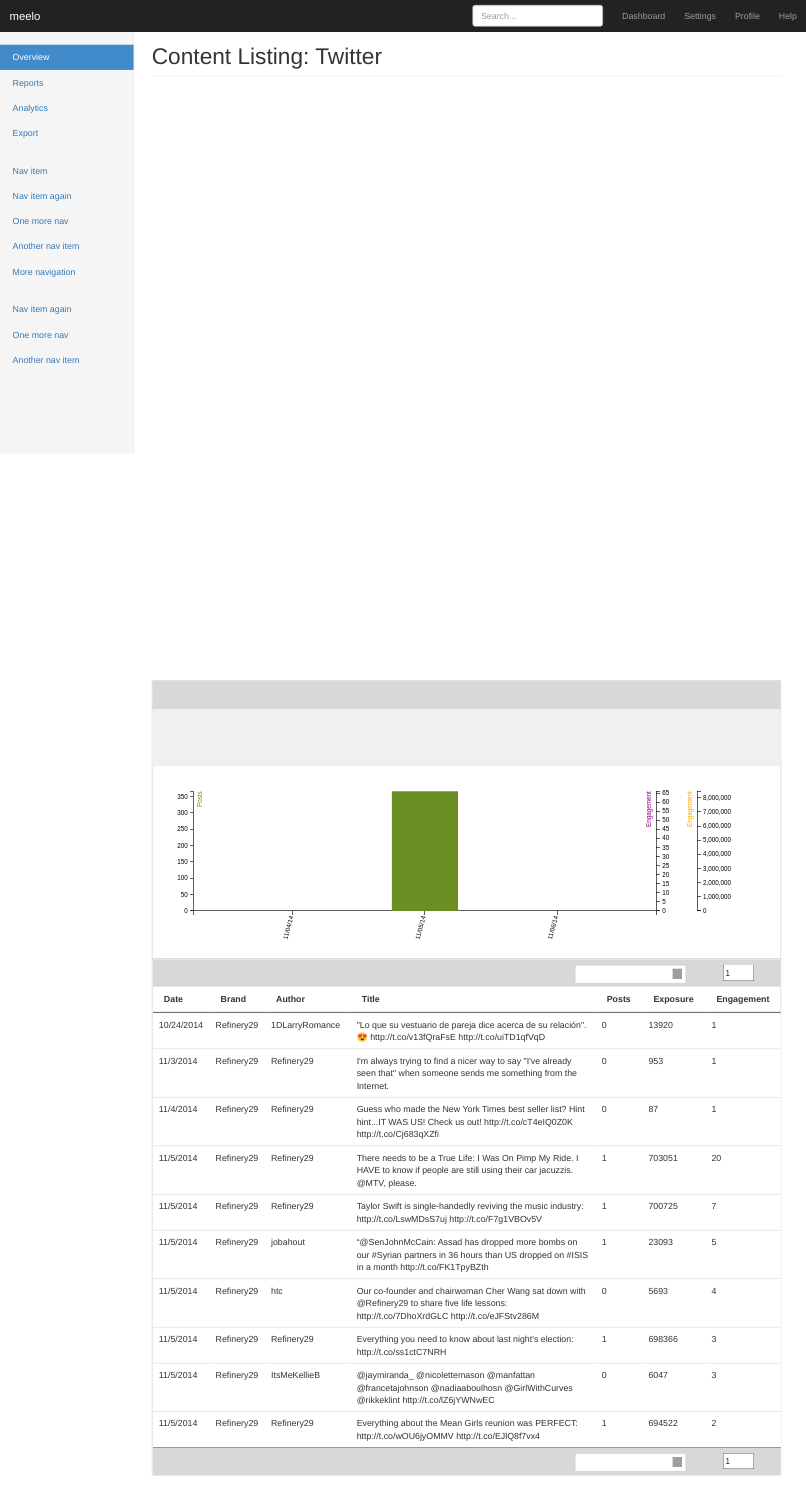
Repository: sadam0930/dashboard-example
Page: mclient/index.html
The author's editor kept a record of every edit. The page is drawn from the files as they stood at one moment, then again after the next edit.
The browser window is 1280 px wide. The pictures show the whole page, at 63% of full size.
Pictures or frames that could not be fetched are drawn as grey boxes.

Above is the page before.

### mclient/index.html
<!doctype html>
<html lang="en" ng-app>
  <head>
    <title>Dashboard Example</title>
    <meta name="viewport" content="width=device-width, initial-scale=1.0">
    <link rel="stylesheet" href="/css/bootstrap.min.css">
    <link rel="stylesheet" href="/css/bootstrap-responsive.min.css">
    <link rel="stylesheet" href="/css/jquery.dataTables.min.css">
    <link rel="stylesheet" href="/css/dataTables.bootstrap.css">
    <link rel="stylesheet" href="/css/jquery.gridster.min.css">
    <!-- Custom styles for this template -->
    <link rel="stylesheet" href="/css/dashboard.css">
  </head>
  <body>

    <nav class="navbar navbar-inverse navbar-fixed-top" role="navigation">
      <div class="container-fluid">
        <div class="navbar-header">
          <button type="button" class="navbar-toggle collapsed" data-toggle="collapse" data-target="#navbar" aria-expanded="false" aria-controls="navbar">
            <span class="sr-only">Toggle navigation</span>
            <span class="icon-bar"></span>
            <span class="icon-bar"></span>
            <span class="icon-bar"></span>
          </button>
          <a class="navbar-brand" href="#">meelo</a>
        </div>
        <div id="navbar" class="navbar-collapse collapse">
          <ul class="nav navbar-nav navbar-right">
            <li><a href="#">Dashboard</a></li>
            <li><a href="#">Settings</a></li>
            <li><a href="#">Profile</a></li>
            <li><a href="#">Help</a></li>
          </ul>
          <form class="navbar-form navbar-right">
            <input type="text" class="form-control" placeholder="Search...">
          </form>
        </div>
      </div>
    </nav>

    <div class="container-fluid">
      <div class="row">
        <div class="col-sm-3 col-md-2 sidebar">
          <ul class="nav nav-sidebar">
            <li class="active"><a href="#">Overview <span class="sr-only">(current)</span></a></li>
            <li><a href="#">Reports</a></li>
            <li><a href="#">Analytics</a></li>
            <li><a href="#">Export</a></li>
          </ul>
          <ul class="nav nav-sidebar">
            <li><a href="">Nav item</a></li>
            <li><a href="">Nav item again</a></li>
            <li><a href="">One more nav</a></li>
            <li><a href="">Another nav item</a></li>
            <li><a href="">More navigation</a></li>
          </ul>
          <ul class="nav nav-sidebar">
            <li><a href="">Nav item again</a></li>
            <li><a href="">One more nav</a></li>
            <li><a href="">Another nav item</a></li>
          </ul>
        </div>

        <div class="col-sm-9 col-sm-offset-3 col-md-10 col-md-offset-2 main">
          <h1 class="page-header">Content Listing: Twitter</h1>
          <div class="wrapper gridster">
            <ul>
               <li data-row="1" data-col="1" data-sizex="1" data-sizey="1">

               </li>
               <li data-row="2" data-col="1" data-sizex="1" data-sizey="1">

               </li>
            </ul>
          </div>

          <div class="widget" id="chart-1">
              <div class="top" style="height:45px"></div>
              <div class="info"></div>
          </div>

          <div class="widget table-responsive" id="table-1">
          </div>
        </div>

      </div>
    </div>

    <script src="/js/jquery.min.js"></script>
    <script src="/js/bootstrap.min.js"></script>
    <!--<script src="/js/angular.min.js"></script>-->
    <script src="/js/docs.min.js"></script>
    <script src="/js/jquery.dataTables.min.js"></script>
    <script src="/js/plugin-input.js"></script>
    <script src="/js/dataTables.bootstrap.js"></script>
    <script src="/js/d3.v3.js"></script>
    <script src="/js/jquery.gridster.min.js"></script>
    <script src="/js/jquery.gridster.with-extras.min.js"></script>
    <script src="/js/meelo-test.js"></script>
  </body>
</html>

### css/dataTables.bootstrap.css
div.dataTables_length label {
	font-weight: normal;
	text-align: left;
	white-space: nowrap;
}

div.dataTables_length select {
	width: 75px;
	display: inline-block;
}

div.dataTables_filter {
	text-align: right;
}

div.dataTables_filter label {
	font-weight: normal;
	white-space: nowrap;
	text-align: left;
}

div.dataTables_filter input {
	margin-left: 0.5em;
	display: inline-block;
}

div.dataTables_info {
	padding-top: 8px;
	white-space: nowrap;
}

div.dataTables_paginate {
	margin: 0;
	white-space: nowrap;
	text-align: right;
}

div.dataTables_paginate ul.pagination {
	margin: 2px 0;
	white-space: nowrap;
}

@media screen and (max-width: 767px) {
	div.dataTables_length,
	div.dataTables_filter,
	div.dataTables_info,
	div.dataTables_paginate {
		text-align: center;
	}
}


table.dataTable td,
table.dataTable th {
	-webkit-box-sizing: content-box;
	-moz-box-sizing: content-box;
	box-sizing: content-box;
}


table.dataTable {
	clear: both;
	margin-top: 6px !important;
	margin-bottom: 6px !important;
	max-width: none !important;
}

table.dataTable thead .sorting,
table.dataTable thead .sorting_asc,
table.dataTable thead .sorting_desc,
table.dataTable thead .sorting_asc_disabled,
table.dataTable thead .sorting_desc_disabled {
	cursor: pointer;
}

table.dataTable thead .sorting { background: url('../images/sort_both.png') no-repeat center right; }
table.dataTable thead .sorting_asc { background: url('../images/sort_asc.png') no-repeat center right; }
table.dataTable thead .sorting_desc { background: url('../images/sort_desc.png') no-repeat center right; }

table.dataTable thead .sorting_asc_disabled { background: url('../images/sort_asc_disabled.png') no-repeat center right; }
table.dataTable thead .sorting_desc_disabled { background: url('../images/sort_desc_disabled.png') no-repeat center right; }

table.dataTable thead > tr > th {
	padding-left: 18px;
	padding-right: 18px;
}

table.dataTable th:active {
	outline: none;
}

/* Scrolling */
div.dataTables_scrollHead table {
	margin-bottom: 0 !important;
	border-bottom-left-radius: 0;
	border-bottom-right-radius: 0;
}

div.dataTables_scrollHead table thead tr:last-child th:first-child,
div.dataTables_scrollHead table thead tr:last-child td:first-child {
	border-bottom-left-radius: 0 !important;
	border-bottom-right-radius: 0 !important;
}

div.dataTables_scrollBody table {
	border-top: none;
	margin-top: 0 !important;
	margin-bottom: 0 !important;
}

div.dataTables_scrollBody tbody tr:first-child th,
div.dataTables_scrollBody tbody tr:first-child td {
	border-top: none;
}

div.dataTables_scrollFoot table {
	margin-top: 0 !important;
	border-top: none;
}

/* Frustratingly the border-collapse:collapse used by Bootstrap makes the column
   width calculations when using scrolling impossible to align columns. We have
   to use separate
 */
table.table-bordered.dataTable {
	border-collapse: separate !important;
}
table.table-bordered thead th,
table.table-bordered thead td {
	border-left-width: 0;
	border-top-width: 0;
}
table.table-bordered tbody th,
table.table-bordered tbody td {
	border-left-width: 0;
	border-bottom-width: 0;
}
table.table-bordered th:last-child,
table.table-bordered td:last-child {
	border-right-width: 0;
}
div.dataTables_scrollHead table.table-bordered {
	border-bottom-width: 0;
}




/*
 * TableTools styles
 */
.table.dataTable tbody tr.active td,
.table.dataTable tbody tr.active th {
	background-color: #08C;
	color: white;
}

.table.dataTable tbody tr.active:hover td,
.table.dataTable tbody tr.active:hover th {
	background-color: #0075b0 !important;
}

.table.dataTable tbody tr.active th > a,
.table.dataTable tbody tr.active td > a {
	color: white;
}

.table-striped.dataTable tbody tr.active:nth-child(odd) td,
.table-striped.dataTable tbody tr.active:nth-child(odd) th {
	background-color: #017ebc;
}

table.DTTT_selectable tbody tr {
	cursor: pointer;
}

div.DTTT .btn {
	color: #333 !important;
	font-size: 12px;
}

div.DTTT .btn:hover {
	text-decoration: none !important;
}

ul.DTTT_dropdown.dropdown-menu {
  z-index: 2003;
}

ul.DTTT_dropdown.dropdown-menu a {
	color: #333 !important; /* needed only when demo_page.css is included */
}

ul.DTTT_dropdown.dropdown-menu li {
	position: relative;
}

ul.DTTT_dropdown.dropdown-menu li:hover a {
	background-color: #0088cc;
	color: white !important;
}

div.DTTT_collection_background {
	z-index: 2002;
}

/* TableTools information display */
div.DTTT_print_info {
	position: fixed;
	top: 50%;
	left: 50%;
	width: 400px;
	height: 150px;
	margin-left: -200px;
	margin-top: -75px;
	text-align: center;
	color: #333;
	padding: 10px 30px;
	opacity: 0.95;

	background-color: white;
	border: 1px solid rgba(0, 0, 0, 0.2);
	border-radius: 6px;

	-webkit-box-shadow: 0 3px 7px rgba(0, 0, 0, 0.5);
	        box-shadow: 0 3px 7px rgba(0, 0, 0, 0.5);
}

div.DTTT_print_info h6 {
	font-weight: normal;
	font-size: 28px;
	line-height: 28px;
	margin: 1em;
}

div.DTTT_print_info p {
	font-size: 14px;
	line-height: 20px;
}

div.dataTables_processing {
    position: absolute;
    top: 50%;
    left: 50%;
    width: 100%;
    height: 60px;
    margin-left: -50%;
    margin-top: -25px;
    padding-top: 20px;
    padding-bottom: 20px;
    text-align: center;
    font-size: 1.2em;
    background-color: white;
    background: -webkit-gradient(linear, left top, right top, color-stop(0%, rgba(255,255,255,0)), color-stop(25%, rgba(255,255,255,0.9)), color-stop(75%, rgba(255,255,255,0.9)), color-stop(100%, rgba(255,255,255,0)));
    background: -webkit-linear-gradient(left, rgba(255,255,255,0) 0%, rgba(255,255,255,0.9) 25%, rgba(255,255,255,0.9) 75%, rgba(255,255,255,0) 100%);
    background: -moz-linear-gradient(left, rgba(255,255,255,0) 0%, rgba(255,255,255,0.9) 25%, rgba(255,255,255,0.9) 75%, rgba(255,255,255,0) 100%);
    background: -ms-linear-gradient(left, rgba(255,255,255,0) 0%, rgba(255,255,255,0.9) 25%, rgba(255,255,255,0.9) 75%, rgba(255,255,255,0) 100%);
    background: -o-linear-gradient(left, rgba(255,255,255,0) 0%, rgba(255,255,255,0.9) 25%, rgba(255,255,255,0.9) 75%, rgba(255,255,255,0) 100%);
    background: linear-gradient(to right, rgba(255,255,255,0) 0%, rgba(255,255,255,0.9) 25%, rgba(255,255,255,0.9) 75%, rgba(255,255,255,0) 100%);
}



/*
 * FixedColumns styles
 */
div.DTFC_LeftHeadWrapper table,
div.DTFC_LeftFootWrapper table,
div.DTFC_RightHeadWrapper table,
div.DTFC_RightFootWrapper table,
table.DTFC_Cloned tr.even {
    background-color: white;
    margin-bottom: 0;
}

div.DTFC_RightHeadWrapper table ,
div.DTFC_LeftHeadWrapper table {
	border-bottom: none !important;
    margin-bottom: 0 !important;
    border-top-right-radius: 0 !important;
    border-bottom-left-radius: 0 !important;
    border-bottom-right-radius: 0 !important;
}

div.DTFC_RightHeadWrapper table thead tr:last-child th:first-child,
div.DTFC_RightHeadWrapper table thead tr:last-child td:first-child,
div.DTFC_LeftHeadWrapper table thead tr:last-child th:first-child,
div.DTFC_LeftHeadWrapper table thead tr:last-child td:first-child {
    border-bottom-left-radius: 0 !important;
    border-bottom-right-radius: 0 !important;
}

div.DTFC_RightBodyWrapper table,
div.DTFC_LeftBodyWrapper table {
    border-top: none;
    margin: 0 !important;
}

div.DTFC_RightBodyWrapper tbody tr:first-child th,
div.DTFC_RightBodyWrapper tbody tr:first-child td,
div.DTFC_LeftBodyWrapper tbody tr:first-child th,
div.DTFC_LeftBodyWrapper tbody tr:first-child td {
    border-top: none;
}

div.DTFC_RightFootWrapper table,
div.DTFC_LeftFootWrapper table {
    border-top: none;
    margin-top: 0 !important;
}


/*
 * FixedHeader styles
 */
div.FixedHeader_Cloned table {
	margin: 0 !important
}

### css/dashboard.css
/*
 * Base structure
 */

/* Move down content because we have a fixed navbar that is 50px tall */
body {
  padding-top: 50px;
}


/*
 * Global add-ons
 */

.sub-header {
  padding-bottom: 10px;
  border-bottom: 1px solid #eee;
}

/*
 * Top navigation
 * Hide default border to remove 1px line.
 */
.navbar-fixed-top {
  border: 0;
}

/*
 * Sidebar
 */

/* Hide for mobile, show later */
.sidebar {
  display: none;
}
@media (min-width: 768px) {
  .sidebar {
    position: fixed;
    top: 51px;
    bottom: 0;
    left: 0;
    z-index: 1000;
    display: block;
    padding: 20px;
    overflow-x: hidden;
    overflow-y: auto; /* Scrollable contents if viewport is shorter than content. */
    background-color: #f5f5f5;
    border-right: 1px solid #eee;
  }
}

/* Sidebar navigation */
.nav-sidebar {
  margin-right: -21px; /* 20px padding + 1px border */
  margin-bottom: 20px;
  margin-left: -20px;
}
.nav-sidebar > li > a {
  padding-right: 20px;
  padding-left: 20px;
}
.nav-sidebar > .active > a,
.nav-sidebar > .active > a:hover,
.nav-sidebar > .active > a:focus {
  color: #fff;
  background-color: #428bca;
}

.sidebar-wrapper.collapsed {
  left: -17%;
  -webkit-transition: all .25s ease-out;
     -moz-transition: all .25s ease-out;
          transition: all .25s ease-out;
}

/*
 * Main content
 */

.main {
  padding: 20px;
}
@media (min-width: 768px) {
  .main {
    padding-right: 40px;
    padding-left: 40px;
  }
}
.main .page-header {
  margin-top: 0;
}


/*
 * Chart content
 */

.axis {
	  font: 10px sans-serif;
}

.axis path,
.axis line {
  fill: none;
  stroke: #000;
  shape-rendering: crispEdges;
}

/*
 * Widget
 */

.widget {
  border: solid;
  border-width: 1px;
  border-color: #D0D0D0 ;
}

.widget .top,
.widget .bottom {
  /*height: 45px;*/
  background-color: #D8D8D8;
}

.widget .info {
  height: 90px;
  background-color: #F0F0F0 ;
}

.gridster > ul {
  list-style-type: none;
}

/*
 * Custom Datatable CSS
 */

.dataTables_wrapper .dataTables_filter {
  padding-top: 0.6em;
  display: inline-block;
}

.dataTables_wrapper .dataTables_paginate {
  display: inline-block;
}

.dataTables_wrapper .dataTables_paginate {
  padding-top: 0;
}

table.dataTable {
  margin-top: 0 !important;
  margin-bottom: 0 !important;
}

.paginate_input {
  margin-top: 0.6em;
  width: 50px;
}

/*!
 * DataTables + Font Awesome integration
 * License: MIT - http://datatables.net/license
 */

/*
 * Sort styling
 */
table.dataTable thead th {
	position: relative;
	/* Remove the DataTables bootstrap integration styling */
	background-image: none !important;
}

table.dataTable thead th.sorting:after,
table.dataTable thead th.sorting_asc:after,
table.dataTable thead th.sorting_desc:after {
	position: absolute;
	top: 12px;
	right: 8px;
	display: block;
	font-family: FontAwesome;
}

table.dataTable thead th.sorting:after {
	content: "\f0dc";
	color: #ddd;
	font-size: 0.8em;
	padding-top: 0.12em;
}
table.dataTable thead th.sorting_asc:after {
	content: "\f106";
}
table.dataTable thead th.sorting_desc:after {
	content: "\f107";
}

div.dataTables_scrollBody table.dataTable thead th.sorting:after,
div.dataTables_scrollBody table.dataTable thead th.sorting_asc:after,
div.dataTables_scrollBody table.dataTable thead th.sorting_desc:after {
	content: "";
}

/*
 * DataTables style pagination controls
 */
div.dataTables_paginate span.paginate_button.previous {
	position: relative;
	padding-left: 24px;
	display: inline;
	padding-bottom: 1em;
}

div.dataTables_paginate span.paginate_button.next {
	position: relative;
	padding-right: 24px;
	display: inline;
	padding-bottom: 1em;
}

div.dataTables_paginate span.previous:before {
	position: absolute;
	top: 8px;
	left: 10px;
	display: block;
	font-family: FontAwesome;
}

div.dataTables_paginate span.next:after {
	position: absolute;
	top: 8px;
	right: 10px;
	display: block;
	font-family: FontAwesome;
}

div.dataTables_paginate span.previous:before {
	content: "\f104";
}

div.dataTables_paginate span.next:after {
	content: "\f105";
}

#g-search-button {
  display: inline-block;
  width: 16px;
  height: 16px;
  position: relative;
  left: -22px;
  top: 3px;
  background: url('/img/search_icon.png');
}



.clearfix:after {
   content: " "; /* Older browser do not support empty content */
   visibility: hidden;
   display: block;
   height: 0;
   clear: both;
}


/* Custom dropdown */
.group1 div.dropdown {
  float: left;
}

### js/meelo-test.js
$(document).ready(function(){
    initGrid();
    $.getJSON( "ajax/twitter.json", function( response ) {
        generateChart(response);
        generateTable(response);
    });
    initCallbacks();
});

/*
TODO:
Add gridster resize = true
Add responsive chart logic
*/

function initCallbacks(){
    $('[data-toggle=offcanvas]').click(function () {
        $('.sidebar-wrapper').toggleClass('collapsed');
    });
}

function initGrid() {
    $(".gridster ul").gridster({
        widget_margins: [10, 10],
        widget_base_dimensions: [950, 450]
    });
    //remove unwanted gridster classes from inner li
    $('.dropdown-menu li').removeClass('gs-w');
    $('.dropdown-menu').css('width', '');
}

function resizeChart() {

}

function generateChart(response) {
    var chartDivId = '#chart-1';

    var day = new Date(response.data.rows[0][0].value);
    var daybefore = new Date(day.getTime());
    var dayafter = new Date(day.getTime());
    daybefore.setDate((day.getDate() - 1));
    dayafter.setDate((day.getDate() + 1));

    var margin = {top: 40, right: 150, bottom: 70, left: 65},
    width = 950 - margin.left - margin.right,
    height = 300 - margin.top - margin.bottom;

    // Parse the date / time
    var	parseDate = d3.time.format("%m/%d/%y").parse;

    var x = d3.scale.ordinal().rangeRoundBands([0, width], .5);
    var y = d3.scale.linear().range([height, 0]);
    var y2 = d3.scale.linear().range([height, 0]);
    var y3 = d3.scale.linear().range([height, 0]);

    var xAxis = d3.svg.axis()
                    .scale(x)
                    .orient("bottom")
                    .tickFormat(d3.time.format("%m/%d/%y"));

    var yAxis = d3.svg.axis()
                    .scale(y)
                    .orient("left")
                    .ticks(10);

    var yAxisRight1 = d3.svg.axis().scale(y2)
                        .orient("right").ticks(15);

    var yAxisRight2 = d3.svg.axis().scale(y3)
                        .orient("right").ticks(10);

    var svg = d3.select(chartDivId).append("svg")
                .attr("width", width + margin.left + margin.right)
                .attr("height", height + margin.top + margin.bottom)
                .append("g")
                    .attr("transform",
                        "translate(" + margin.left + "," + margin.top + ")");


    var data = [{"date":daybefore,"value":0,"eng":0,"exp":0}];
    $.each(response.data.headers, function() {
        if(this.field === "posts" || this.field === "reach" || this.field === "interactions"){
            var tmp = {"date":day};
            if(this.field === "posts"){
                tmp.value = +this.totals;
            } else if(this.field === "reach"){
            tmp.exp = this.totals;
            } else if(this.field === "interactions"){
                tmp.eng = this.totals;
            }
            data.push(tmp);
        }
    });
    data.push({"date":dayafter,"value":0,"eng":0,"exp":0})

    x.domain(data.map(function(d) { return d.date; }));
    y.domain([0, d3.max(data, function(d) { return d.value; })]);
    y2.domain([0, d3.max(data, function(d) { return d.eng; })]);
    y3.domain([0, d3.max(data, function(d) { return d.exp; })]);

    svg.append("g")
      .attr("class", "x axis")
      .attr("transform", "translate(0," + height + ")")
      .call(xAxis)
    .selectAll("text")
      .style("text-anchor", "end")
      .attr("dx", "-.8em")
      .attr("dy", "-.55em")
      .attr("transform", "rotate(-75)" );

    svg.append("g")
      .attr("class", "y axis")
      .call(yAxis)
    .append("text")
      .attr("transform", "rotate(-90)")
      .attr("y", 6)
      .attr("dy", ".71em")
      .style("text-anchor", "end")
      .style("fill", "OliveDrab")
      .text("Posts");

    svg.append("g")
      .attr("class", "y axis")
      .attr("transform", "translate(" + width + " ,0)")
      .call(yAxisRight1)
    .append("text")
      .attr("transform", "rotate(-90)")
      .attr("y", -15)
      .attr("dy", ".71em")
      .style("text-anchor", "end")
      .style("fill", "purple")
      .text("Engagement");;

    svg.append("g")
      .attr("class", "y axis")
      .attr("transform", "translate(" + (width+65) + " ,0)")
      .call(yAxisRight2)
    .append("text")
      .attr("transform", "rotate(-90)")
      .attr("y", -15)
      .attr("dy", ".71em")
      .style("text-anchor", "end")
      .style("fill", "orange")
      .text("Engagement");;


    svg.selectAll("bar")
      .data(data)
    .enter().append("rect")
      .style("fill", "OliveDrab")
      .attr("x", function(d) { return x(d.date); })
      .attr("width", x.rangeBand())
      .attr("y", function(d) { return y(d.value); })
      .attr("height", function(d) { return height - y(d.value); });

}

function generateTable(response) {
    var tableDivId = '#table-1';
    var tableId = 'twitter-table';
    buildTable(response, tableDivId, tableId);
    populateTable(response, tableId);
    $('#'+tableId).dataTable( {
        "dom": '<"top"pf>rt<"bottom"pf><"clear">',
        "pagingType": "input",
        "language": {
            "search": "",
            "paginate": {
                "first": "",
                "previous": "",
                "next": "",
                "last": ""
            }
        }
    });
    $(".first.paginate_button, .last.paginate_button").remove();
    $(".paginate_of, .paginate_page").hide();
    $(".dataTables_filter").append('<span id="g-search-button"></span>');
    $('.top').addClass("clearfix")
    $('.bottom').addClass("clearfix")
}

function buildTable(response, tableDivId, tableId){
    $(tableDivId).append('<table class="table" id="'+ tableId +'"><thead><tr></tr></thead><tbody></tbody></table>');
    var html = '';
    $.each(response.data.headers, function(){
        html = '<th id="' + this.field + '">' + this.label + '</th>';
        $('#' + tableId + ' > thead > tr').append(html);
    });
}

function populateTable(response, tableId){
    var html = '';
    $.each(response.data.rows, function(){
       $('#' + tableId + ' > tbody').append('<tr></tr>');
       $.each(this, function(){
           switch(this.field){
               case 'date' :
                   var date = new Date(this.value);
                   html = '<td>' + formatDate(date) + '</td>';
                   break;
               case 'brand_id':
                   html = '<td>' + this.label + '</td>';
                   break;
               case 'title':
                   html = '<td>' + this.label + '</td>';
                   break;
               case 'posts':
                   html = '<td>' + this.values + '</td>';
                   break;
               case 'reach':
                   html = '<td>' + this.values + '</td>';
                   break;
               case 'interactions':
                   html = '<td>' + this.values + '</td>';
                   break;
                default:
                    html = '<td>' + this + '</td>';
           }
           $('#' + tableId + ' > tbody > tr:last').append(html);
       });
    });
}

function formatDate(date) {
    return (date.getMonth() + 1) + '/' + date.getDate() + '/' +  date.getFullYear();
}

Loaded but not shown: css/bootstrap.min.css (library); css/bootstrap-responsive.min.css (library); css/jquery.dataTables.min.css (library); css/jquery.gridster.min.css (library); js/jquery.min.js (library); js/bootstrap.min.js (library); js/docs.min.js (library); js/jquery.dataTables.min.js (library); js/dataTables.bootstrap.js (common file); js/d3.v3.js (library); js/jquery.gridster.min.js (library); js/jquery.gridster.with-extras.min.js (library); mclient/ajax/twitter.json (1 lines, source omitted); js/plugin-input.js (220 lines, source omitted)

After the next edit:
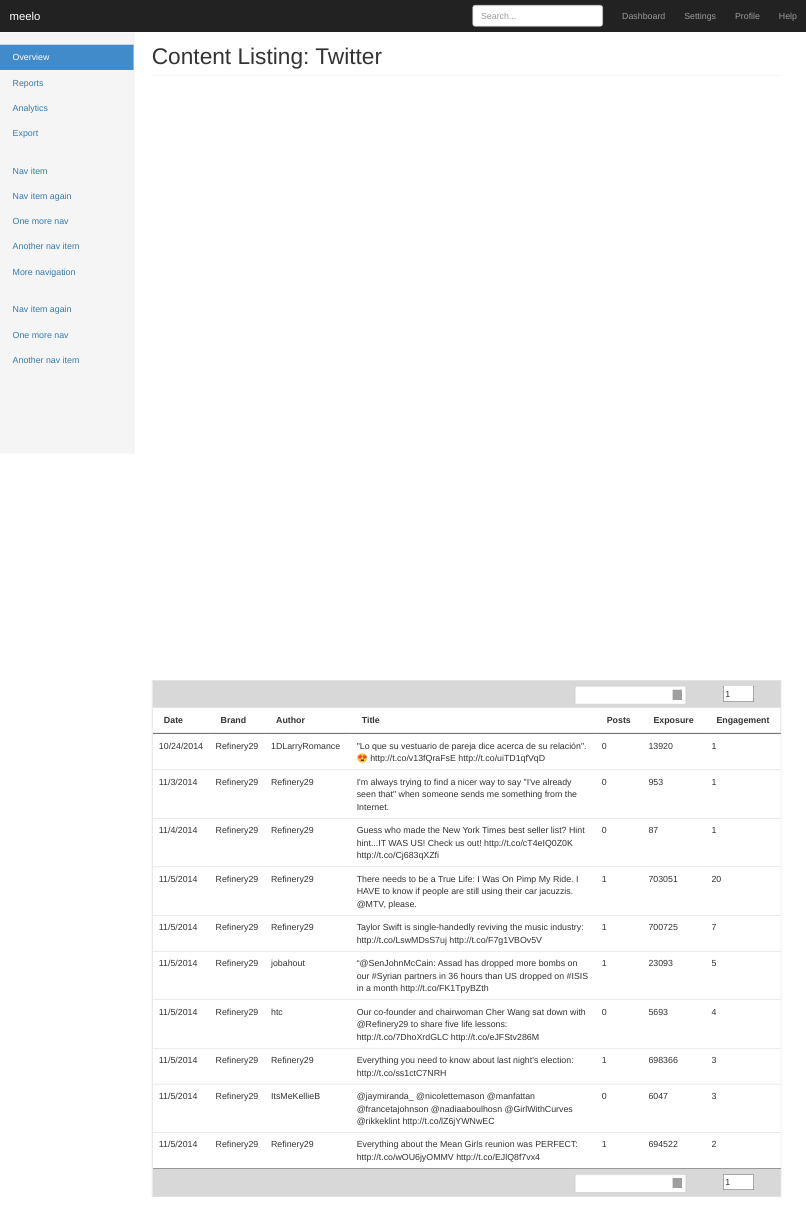
The edit:
--- a/mclient/index.html
+++ b/mclient/index.html
@@ -74,10 +74,7 @@
             </ul>
           </div>
 
-          <div class="widget" id="chart-1">
-              <div class="top" style="height:45px"></div>
-              <div class="info"></div>
-          </div>
+
 
           <div class="widget table-responsive" id="table-1">
           </div>
